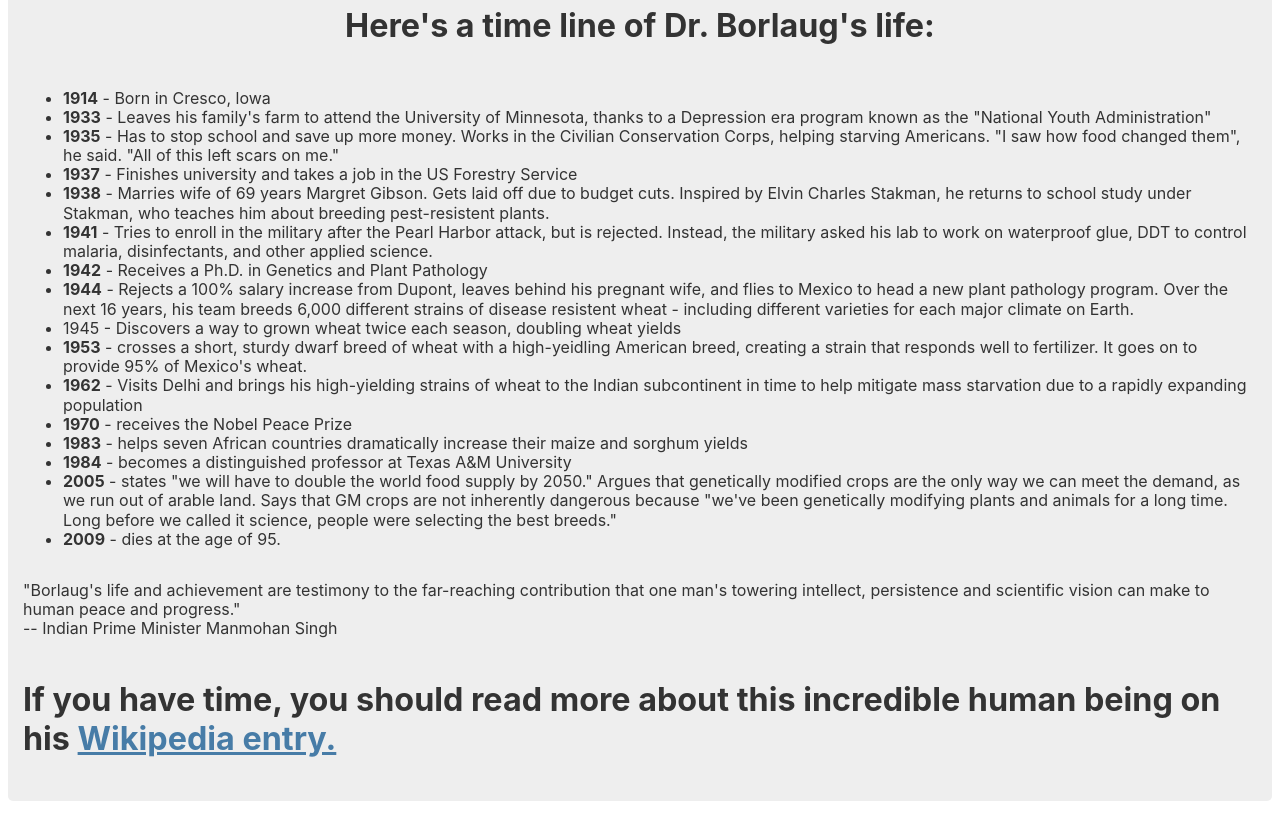
Repository: Lungdjos/tribute-page-certificate
Page: index.html
The author's editor kept a copy of each file at every save. The page is drawn from the files as they stood at one save, then again after a run of saves.
The browser window is 1280 px wide. The pictures show the part of the page from y = 544 to 1375 px (the page is 1375 px tall).
A picture or video elsewhere on the page could not be fetched, so the positions and the page height are approximate.

Above is the page before, as saved 2023-10-30 12:45:57.

### index.html
<!DOCTYPE html>
<html lang="en">

<head>
    <meta charset="UTF-8">
    <meta name="viewport" content="width=device-width, initial-scale=1.0">
    <title>Document</title>
    <link rel="stylesheet" href="styles.css">
</head>

<body>
    <main id="main">
        <h1 id="title">Dr. Norman Borlaug</h1>
        <p>The man who saved a billion lives</p>
        <div id="img-div">
            <img id="image" src="https://cdn.freecodecamp.org/testable-projects-fcc/images/tribute-page-main-image.jpg" alt="">
            <figcaption id="img-caption">Dr. Norman Borlaug, third from the left, trains biologists in Mexico on how to increase wheat yields - part of his life-long war on hunger.</figcaption>
        </div>
        <div id="tribute-info">
            <h2>Here's a time line of Dr. Borlaug's life:</h2>
            <ul>
                <li><strong>1914</strong> - Born in Cresco, lowa</li>
                <li><strong>1933</strong> - Leaves his family's farm to attend the University of Minnesota, thanks to a Depression era program known as the "National Youth Administration"</li>
                <li><strong>1935</strong> - Has to stop school and save up more money. Works in the Civilian Conservation Corps, helping starving Americans. "I saw how food changed them", he said. "All of this left scars on me."</li>
                <li><strong>1937</strong> - Finishes university and takes a job in the US Forestry Service</li>
                <li><strong>1938</strong> - Marries wife of 69 years Margret Gibson. Gets laid off due to budget cuts. Inspired by Elvin Charles Stakman, he returns to school study under Stakman, who teaches him about breeding pest-resistent plants.</li>
                <li><strong>1941</strong> - Tries to enroll in the military after the Pearl Harbor attack, but is rejected. Instead, the military asked his lab to work on waterproof glue, DDT to control malaria, disinfectants, and other applied science.</li>
                <li><strong>1942</strong> - Receives a Ph.D. in Genetics and Plant Pathology</li>
                <li><strong>1944</strong> - Rejects a 100% salary increase from Dupont, leaves behind his pregnant wife, and flies to Mexico to head a new plant pathology program. Over the next 16 years, his team breeds 6,000 different strains of disease
                    resistent wheat - including different varieties for each major climate on Earth.</li>
                <li>1945<strong></strong> - Discovers a way to grown wheat twice each season, doubling wheat yields</li>
                <li><strong>1953</strong> - crosses a short, sturdy dwarf breed of wheat with a high-yeidling American breed, creating a strain that responds well to fertilizer. It goes on to provide 95% of Mexico's wheat.</li>
                <li><strong>1962</strong> - Visits Delhi and brings his high-yielding strains of wheat to the Indian subcontinent in time to help mitigate mass starvation due to a rapidly expanding population</li>
                <li><strong>1970</strong> - receives the Nobel Peace Prize</li>
                <li><strong>1983</strong> - helps seven African countries dramatically increase their maize and sorghum yields</li>
                <li><strong>1984</strong> - becomes a distinguished professor at Texas A&M University</li>
                <li><strong>2005</strong> - states "we will have to double the world food supply by 2050." Argues that genetically modified crops are the only way we can meet the demand, as we run out of arable land. Says that GM crops are not inherently
                    dangerous because "we've been genetically modifying plants and animals for a long time. Long before we called it science, people were selecting the best breeds."</li>
                <li><strong>2009</strong> - dies at the age of 95.</li>

            </ul>
            <p>"Borlaug's life and achievement are testimony to the far-reaching contribution that one man's towering intellect, persistence and scientific vision can make to human peace and progress."<br> -- Indian Prime Minister Manmohan Singh</p>
            <h2 class="foot">If you have time, you should read more about this incredible human being on his
                <a href="https://en.wikipedia.org/wiki/Norman_Borlaug" target="_blank" id="tribute-link">Wikipedia entry.</a></h2>
        </div>
    </main>

</body>

</html>

### styles.css
    html {
        font-size: 10px;
    }

    body {
        background: #fff;
        text-align: center;
        color: #333;
        margin: 0;
        line-height: 1.2;
        font-size: 1.6rem;
        font-family: -apple-system, BlinkMacSystemFont, 'Segoe UI', 'Roboto', 'Helvetica Neue', Arial, sans-serif;
    }

    h1 {
        font-size: 4rem;
        margin-top: 0;
    }

    @media (max-width: 40px) {
        h1 {
            font-size: 3.5rem;
            line-height: 1.2;
        }
    }

    h2 {
        font-size: 3.23rem;
    }

    #main {
        background: #eee;
        margin: 30px 8px;
        border-radius: 5px;
        padding: 15px;
    }

    @media (max-width: 460px) {
        #main {
            margin: 0;
        }
    }
    /* image styling */

    #img-div {
        background: #fff;
        padding: 10px;
        margin: 0;
    }

    #img-caption {
        margin: 15px 0;
    }

    img {
        max-width: 100%;
        display: block;
        height: auto;
        margin: 0 auto;
    }
    /* tribute infomation */

    #tribute-info {
        display: flex;
        justify-content: center;
        flex-wrap: wrap;
        text-align: left;
    }

    a {
        color: #477ca7;
    }

    a:visited {
        color: #74638f;
    }

After the next 2 saves:
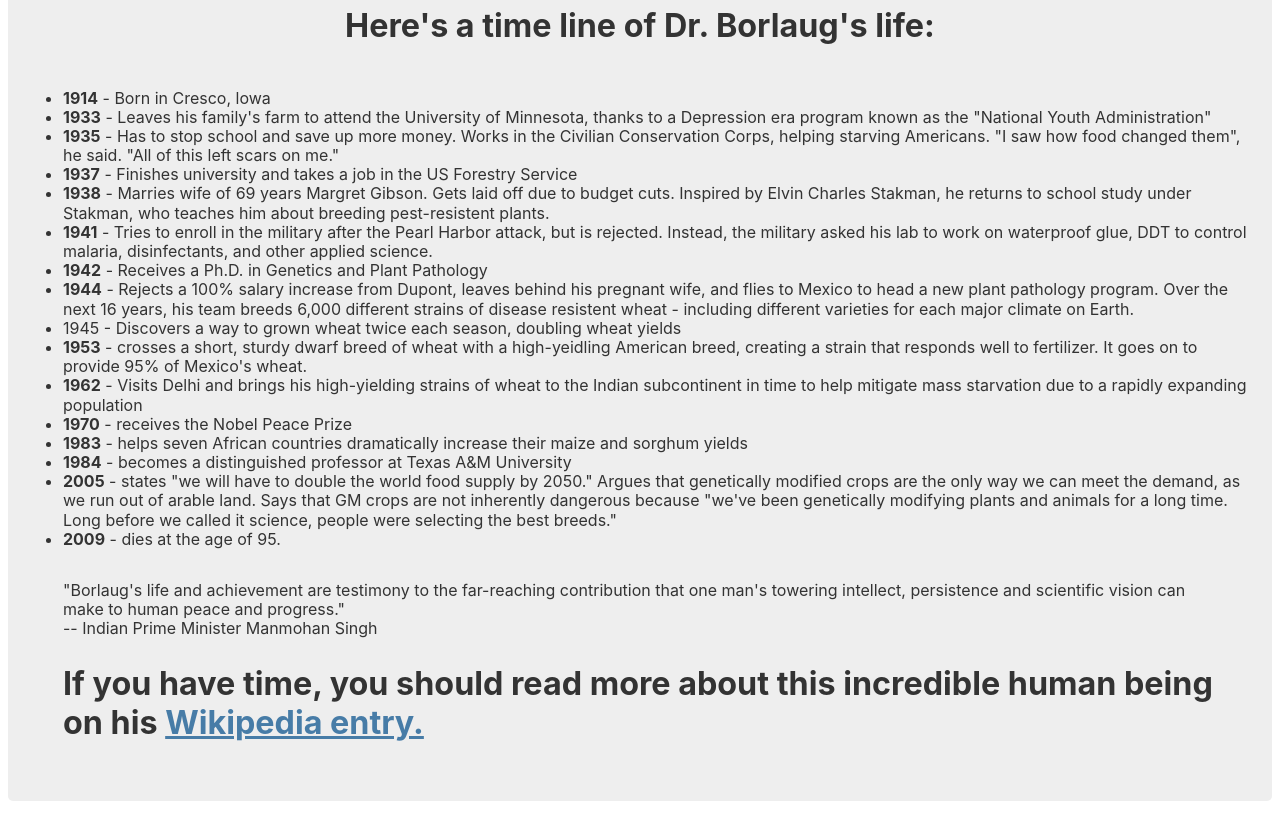
The 2 saves are shown as one change because they came seconds apart.
The last was saved 71 s later.
--- a/index.html
+++ b/index.html
@@ -39,9 +39,9 @@
                 <li><strong>2009</strong> - dies at the age of 95.</li>
 
             </ul>
-            <p>"Borlaug's life and achievement are testimony to the far-reaching contribution that one man's towering intellect, persistence and scientific vision can make to human peace and progress."<br> -- Indian Prime Minister Manmohan Singh</p>
-            <h2 class="foot">If you have time, you should read more about this incredible human being on his
-                <a href="https://en.wikipedia.org/wiki/Norman_Borlaug" target="_blank" id="tribute-link">Wikipedia entry.</a></h2>
+            <blockquote>"Borlaug's life and achievement are testimony to the far-reaching contribution that one man's towering intellect, persistence and scientific vision can make to human peace and progress."<br> -- Indian Prime Minister Manmohan Singh</p>
+                <h2 class="foot">If you have time, you should read more about this incredible human being on his
+                    <a href="https://en.wikipedia.org/wiki/Norman_Borlaug" target="_blank" id="tribute-link">Wikipedia entry.</a></h2>
         </div>
     </main>
 
